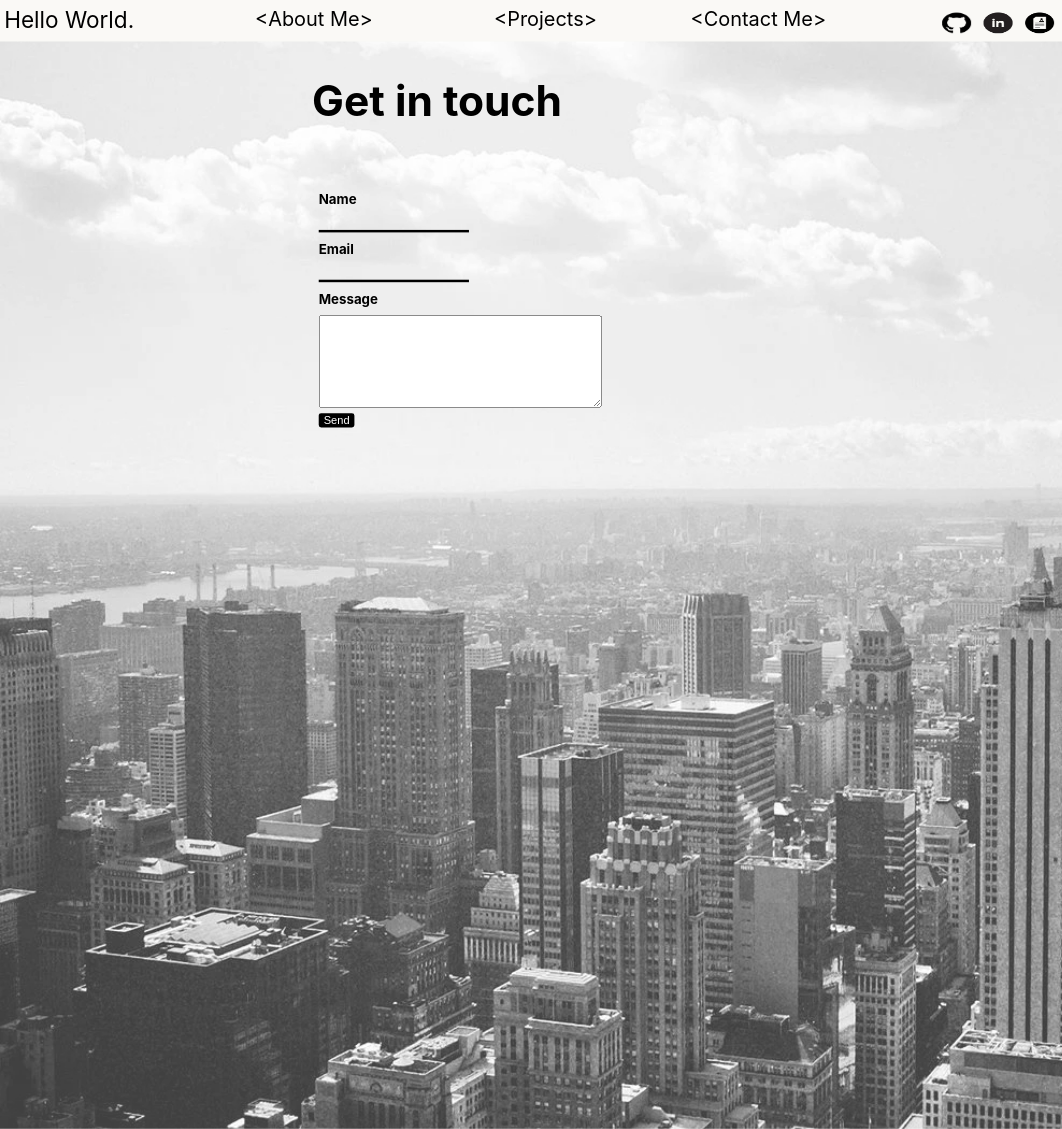
Repository: ghend99/website_ethan_pratt
Page: /contact
These files come from the project's save history. The page is drawn as it stood at one moment and after the next save; the edit follows.
The browser window is 1280 px wide. The pictures show the whole page, at 83% of full size.
The project was rebuilt for these pictures with package versions that can differ from the ones it lists, and the page was loaded fresh each time. Also part of the build but not shown: src/pages/home.js, src/css/about.css, src/pages/about.js, src/pages/project.js.

Above is the page before, as saved 2023-04-25 10:29:58.

### public/index.html
<!DOCTYPE html>
<html lang="en">
  <head>
    <meta charset="utf-8" />
    <link rel="icon" href="%PUBLIC_URL%/favicon.ico" />
    <meta name="viewport" content="width=device-width, initial-scale=1" />
    <meta name="theme-color" content="#000000" />
    <meta
      name="description"
      content="Web site created using create-react-app"
    />
    <link rel="apple-touch-icon" href="%PUBLIC_URL%/logo192.png" />
    <!--
      manifest.json provides metadata used when your web app is installed on a
      user's mobile device or desktop. See https://developers.google.com/web/fundamentals/web-app-manifest/
    -->
    <link rel="manifest" href="%PUBLIC_URL%/manifest.json" />
    <!--
      Notice the use of %PUBLIC_URL% in the tags above.
      It will be replaced with the URL of the `public` folder during the build.
      Only files inside the `public` folder can be referenced from the HTML.

      Unlike "/favicon.ico" or "favicon.ico", "%PUBLIC_URL%/favicon.ico" will
      work correctly both with client-side routing and a non-root public URL.
      Learn how to configure a non-root public URL by running `npm run build`.
    -->
    <title>Ethan Pratt | Junior Front-End Developer</title>
  </head>
  <body>
    <noscript>You need to enable JavaScript to run this app.</noscript>
    <div id="root"></div>
    <!--
      This HTML file is a template.
      If you open it directly in the browser, you will see an empty page.

      You can add webfonts, meta tags, or analytics to this file.
      The build step will place the bundled scripts into the <body> tag.

      To begin the development, run `npm start` or `yarn start`.
      To create a production bundle, use `npm run build` or `yarn build`.
    -->
  </body>
</html>

### src/App.js
import { BrowserRouter as Router, Routes, Route } from "react-router-dom";
import { Home } from "./pages/home";
import { About } from "./pages/about.js";
import { Project } from "./pages/project.js";
import { Contact } from "./pages/contact.js";

function App() {
  return (
    <div className="App">
      <Router>
        <Routes>
          <Route path="/" element={<Home />} />
          <Route path="/projects" element={<Project />} />
          <Route path="/about" element={<About />} />
          <Route path="/contact" element={<Contact />} />
        </Routes>
      </Router>
    </div>
  );
}

export default App;

### src/pages/contact.js
import React, { useRef } from "react";
import emailjs from "@emailjs/browser";
import { Header } from "../components/header.js";
import "../css/contact.css";

export const Contact = () => {
  const form = useRef();

  const sendEmail = (e) => {
    e.preventDefault();

    emailjs
      .sendForm(
        "service_baem50f",
        "template_3lrlcby",
        form.current,
        "PLR_fdQuEr_RCEmkO"
      )
      .then(
        (result) => {
          alert(`Message Sent`);
          console.log(result.text);
          e.target.reset();
        },
        (error) => {
          console.log(error.text);
        }
      );
  };
  return (
    <div>
      <div className="bg">
        <Header />
        <div id="contact-container">
          <h1 className="contact-header">Get in touch</h1>
          <div id="contact-form">
            <form ref={form} onSubmit={sendEmail}>
              <label className="form-name-header">Name</label>
              <input className="form-name-input" type="text" name="user_name" />
              <label className="form-email-header">Email</label>
              <input
                className="form-email-input"
                type="email"
                name="user_email"
              />
              <label className="form-message-header">Message</label>
              <textarea
                className="form-message-input"
                name="message"
                rows="7"
                cols="40"
              />
              <input className="form-submit" type="submit" value="Send" />
            </form>
          </div>
        </div>
      </div>
    </div>
  );
};

### src/components/header.js
import React, { useState } from "react";
import { Link } from "react-router-dom";
import "../css/header.css";
import github from "../images/github.png";
import linkedin from "../images/linkedin.png";
import resume from "../images/resume.png";
import menu from "../images/menu.png";

export const Header = () => {
  return (
    <div className="header-container">
      <Link className="header-title" to="/">
        Hello World.
      </Link>
      <Link id="header-nav" className="header-projects" to="/projects">
        &lt;Projects&gt;
      </Link>
      <Link id="header-nav" className="header-about" to="/about">
        &lt;About Me&gt;
      </Link>
      <Link id="header-nav" className="header-contact" to="/contact">
        &lt;Contact Me&gt;
      </Link>
      <a href="https://github.com/ghend99" target={"_blank"}>
        <img id="header-socials" className="header-github" src={github} />
      </a>
      <a href="https://www.linkedin.com/in/ethanapratt/" target={"_blank"}>
        <img id="header-socials" className="header-linkedin" src={linkedin} />
      </a>
      <a
        href="https://acrobat.adobe.com/link/review?uri=urn:aaid:scds:US:da99c37f-c24d-3e9b-a6fa-3d40d675b989"
        target={"_blank"}
      >
        <img id="header-socials" className="header-resume" src={resume} />
      </a>

      <div className="header-socials-list">
        <a href="https://github.com/ghend99" target={"_blank"}>
          <p className="header-socials-text">Github</p>
        </a>
        <a href="https://www.linkedin.com/in/ethanapratt/" target={"_blank"}>
          <p className="header-socials-text">LinkedIn</p>
        </a>
        <a
          href="https://acrobat.adobe.com/link/review?uri=urn:aaid:scds:US:da99c37f-c24d-3e9b-a6fa-3d40d675b989"
          target={"_blank"}
        >
          <p className="header-socials-text">Resume</p>
        </a>
      </div>
    </div>
  );
};

### src/css/home.css
@import url("https://fonts.googleapis.com/css2?family=Bitter&display=swap");

#center-container {
  position: relative;
  max-width: 25%;
  min-width: 500px;
  height: 20%;
  border-bottom: solid;
  /* background-color: aqua; */
  margin-left: auto;
  margin-right: auto;
  top: 10%;
  text-align: center;
  padding: 70px 0;
}

.home-name {
  top: 0;
  font-size: 50px;
  font-weight: bold;
}

.home-job-title {
  font-size: 32px;
  font-family: "Bitter";
}

.home-resume,
.home-github,
.home-linkedin {
  position: absolute;
  bottom: -50px;
  text-decoration: none;
  color: black;
  font-size: 20px;
  font-weight: bold;
  height: 50px;
  padding-bottom: 10px;
}

.home-resume:hover,
.home-github:hover,
.home-linkedin:hover {
  border-bottom: solid;
}

.home-github {
  left: 0;
}

.home-linkedin {
  left: 45%;
}

.home-resume {
  right: 0;
}

@media screen and (min-width: 0) and (max-width: 708px) {
  #center-container {
    min-width: 350px;
  }

  .home-linkedin {
    left: 140px;
  }
}

### src/css/header.css
@import url("https://fonts.googleapis.com/css2?family=Bitter&display=swap");

.header-socials-text {
  color: black;
  text-decoration: none;
  border-bottom: none;
}

.header-container {
  position: relative;
  display: flex;
  flex-direction: row;
  max-width: 100%;
  min-width: 530px;
  max-height: 200px;
  min-height: 50px;
  background-color: #faf9f6;
  /* padding-top: 20px; */
}

.header-title {
  position: absolute;
  left: 5px;
  margin: 0;
  margin-right: clamp(20px, 50px, 30px);
  font-size: clamp(1rem, 4vw, 1.7rem);
  top: 8px;
  text-decoration: none;
  color: black;
}

#header-nav {
  position: absolute;
  display: flex;
  font-size: clamp(1rem, 4vw, 1.5rem);
  margin: 0;
  margin-right: clamp(20px, 50px, 30px);
  top: 8px;
}

.header-projects {
  left: clamp(30%, 46.5%, 60%);
  text-decoration: none;
  color: black;
}

.header-about {
  margin: 0;
  margin-left: 50px;
  margin-right: 100px;
  left: clamp(5px, 24%, 55%);
  text-decoration: none;
  color: black;
}

.header-contact {
  left: clamp(20%, 65%, 70%);
  text-decoration: none;
  color: black;
}

#header-socials {
  max-width: 11%;
  min-width: 35px;
  max-height: 50%;
  min-height: 10px;
  top: 15px;
  cursor: pointer;
}

#header-nav:hover {
  border-bottom: solid;
}

.header-github {
  position: absolute;
  right: clamp(10px, 12%, 110px);
}

.header-linkedin {
  position: absolute;
  right: clamp(5px, 10%, 60px);
}

.header-resume {
  position: absolute;
  right: clamp(10px, 10%, 10px);
}

.bg {
  position: relative;
  max-width: 100%;
  min-width: 650px;
  height: 100%;
  min-height: 85rem;
  background-size: cover;
  background-repeat: no-repeat;
  background-position: center center;
}

.bg::before {
  content: "";
  background-image: url(../images/background-image.jpg);
  background-size: cover;
  position: absolute;
  top: 0px;
  right: 0px;
  bottom: 0px;
  left: 0px;
  opacity: 0.75;
}

.header-socials-list {
  position: absolute;
  right: 10px;
  top: 50px;
  font-size: 12px;
  font-weight: bold;
  font-family: "Bitter";
  color: black;
  opacity: 0;
  transition: all 0.2s;
}

@media screen and (min-width: 0) and (max-width: 1028px) {
  #header-socials {
    display: none;
  }

  .header-socials-list {
    opacity: 1;
  }
}

@media screen and (min-width: 0) and (max-width: 612px) {
  #header-nav {
    top: 13px;
    font-size: 22px;
  }

  .header-socials-menu {
    top: 15px;
    right: 10px;
    width: 20px;
    height: 20px;
  }
}

@media screen and (min-width: 0) and (max-width: 554px) {
  #header-nav {
    font-size: 20px;
  }

  .header-title {
    top: 15px;
    font-size: 16px;
  }
}

@media screen and (min-width: 0) and (max-width: 425px) {
  .header-container {
    min-width: 150px;
  }

  #header-nav {
    font-size: 14px;
    top: 16px;
  }

  .bg {
    min-width: 170px;
  }
}

@media screen and (min-width: 0) and (max-width: 320px) {
  .header-title {
    font-size: 14px;
    margin-right: 60px;
  }

  #header-nav {
    min-width: 100px;
    font-size: 12px;
  }

  .header-about {
    left: 85px;
  }

  .header-projects {
    left: 160px;
  }

  .header-contact {
    position: absolute;
    left: 220px;
  }
}

### src/css/project.css
@import url("https://fonts.googleapis.com/css2?family=Bitter&display=swap");

#projects-container {
  position: absolute;
  display: grid;
  grid-template-columns: 1fr 1fr 1fr 1fr;
  grid-template-rows: 3fr;
  max-width: 80%;
  min-width: 70%;
  max-height: 400vh;
  min-height: 150px;
  /* background-color: blue; */
  /* opacity: 0.7; */
  left: 10%;
  top: 10%;
}

#single-project {
  position: relative;
  max-width: 100%;
  max-height: 600px;
  min-height: 100%;
  border: solid;
  text-align: center;
  background-color: #faf9f6;
}

.project-name {
  font-family: "Bitter";
  font-size: clamp(18px, 24px, 30px);
}

#project-image {
  position: relative;
  max-width: 80%;
  max-height: 75%;
  min-height: 20%;
  top: -10px;
  margin-left: auto;
  margin-right: auto;
}

.image {
  width: 70%;
}

#project-stacks-used {
  margin: 0;
  top: 300px;
}

.project-footer {
  position: absolute;
  display: grid;
  grid-template-columns: 1fr 1fr 1fr;
  text-align: center;
  width: 100%;
  height: 6%;
  bottom: 10px;
}

.source-link,
.source-demo,
.project-info {
  position: absolute;
  text-decoration: none;
  color: black;
  font-size: clamp(0.8rem, 0.5vw, 0.8rem);
  font-weight: bold;
  height: 20px;
  cursor: pointer;
}

.source-link {
  left: 5px;
}

.source-demo {
  right: 5px;
}

#project-information {
  font-size: 14px;
}

.source-link:hover,
.source-demo:hover,
.project-info:hover {
  border-bottom: solid;
}

@media screen and (min-width: 0) and (max-width: 1028px) {
  /* #project-container {
    grid-template-columns: 1fr 1fr 1fr;
  } */

  /* #single-project {
    height: 50%;
  } */

  .project-footer {
    grid-template-rows: 0.5fr;
    bottom: 0;
  }

  .source-link,
  .source-demo,
  .project-info {
    font-size: 10px;
    font-weight: bold;
  }

  .source-link {
    margin: 0;
  }

  .source-demo {
    margin: 0;
    right: 7px;
  }

  .project-info {
    margin: 0;
    top: -4px;
  }
}

@media screen and (min-width: 0) and (max-width: 708px) {
  #projects-container {
    grid-template-columns: 1fr 1fr;
    grid-template-rows: 1fr 1fr;
  }

  .project-footer {
    bottom: 0;
  }

  .source-link,
  .source-demo,
  .project-info {
    font-size: 8px;
  }

  #single-project {
    min-height: 410px;
  }

  #project-information {
    font-size: 12px;
  }
}

### src/css/contact.css
#contact-container {
  position: relative;
  max-width: 40%;
  min-width: 30%;
  height: 360px;
  top: 40px;
  margin-left: auto;
  margin-right: auto;
}

.contact-header {
  position: absolute;
  top: 0;
  left: -8px;
  font-size: clamp(1rem, 4vw, 7rem);
  margin: 0;
}

#contact-form {
  position: relative;
  width: 100%;
  height: 300px;

  top: 140px;
}

.form-name-input,
.form-email-input {
  background-color: transparent;
  border: none;
  border-bottom: solid;
  outline: none;
}

.form-name-header {
  position: absolute;
  top: 0;
  left: 0;
  font-weight: bold;
}

.form-name-input {
  position: absolute;
  top: 30px;
  left: 0;
}

.form-email-header {
  position: absolute;
  top: 60px;
  left: 0;
  font-weight: bold;
}

.form-email-input {
  position: absolute;
  top: 90px;
  left: 0;
}

.form-message-header {
  position: absolute;
  top: 120px;
  left: 0;
  font-weight: bold;
}

.form-message-input {
  position: absolute;
  top: 150px;
  left: 0;
}

.form-submit {
  position: relative;
  top: 265px;
  background-color: black;
  color: white;
  cursor: pointer;
  opacity: 1;
  border: none;
  border-radius: 3px;
}

@media screen and (min-width: 0) and (max-width: 1225px) {
  .contact-header {
    top: 50px;
  }
}

@media screen and (min-width: 0) and (max-width: 1000px) {
  #contact-form {
    top: 50px;
  }
}

@media screen and (min-width: 0) and (max-width: 500px) {
  .contact-header {
    font-size: 30px;
  }

  #contact-form {
    top: 40px;
  }
}

@media screen and (min-width: 0) and (max-width: 425px) {
  #contact-container {
    position: absolute;
    left: 50px;
    top: 150px;
  }

  .contact-header {
    position: absolute;
    top: -10px;
    min-width: 200px;
  }
}

@media screen and (min-width: 0) and (max-width: 425px) {
  #contact-container {
    left: 20px;
  }

  .form-message-input {
    width: 250px;
  }
}

Loaded but not shown: src/index.js (common file); src/index.css (common file)

After the next save:
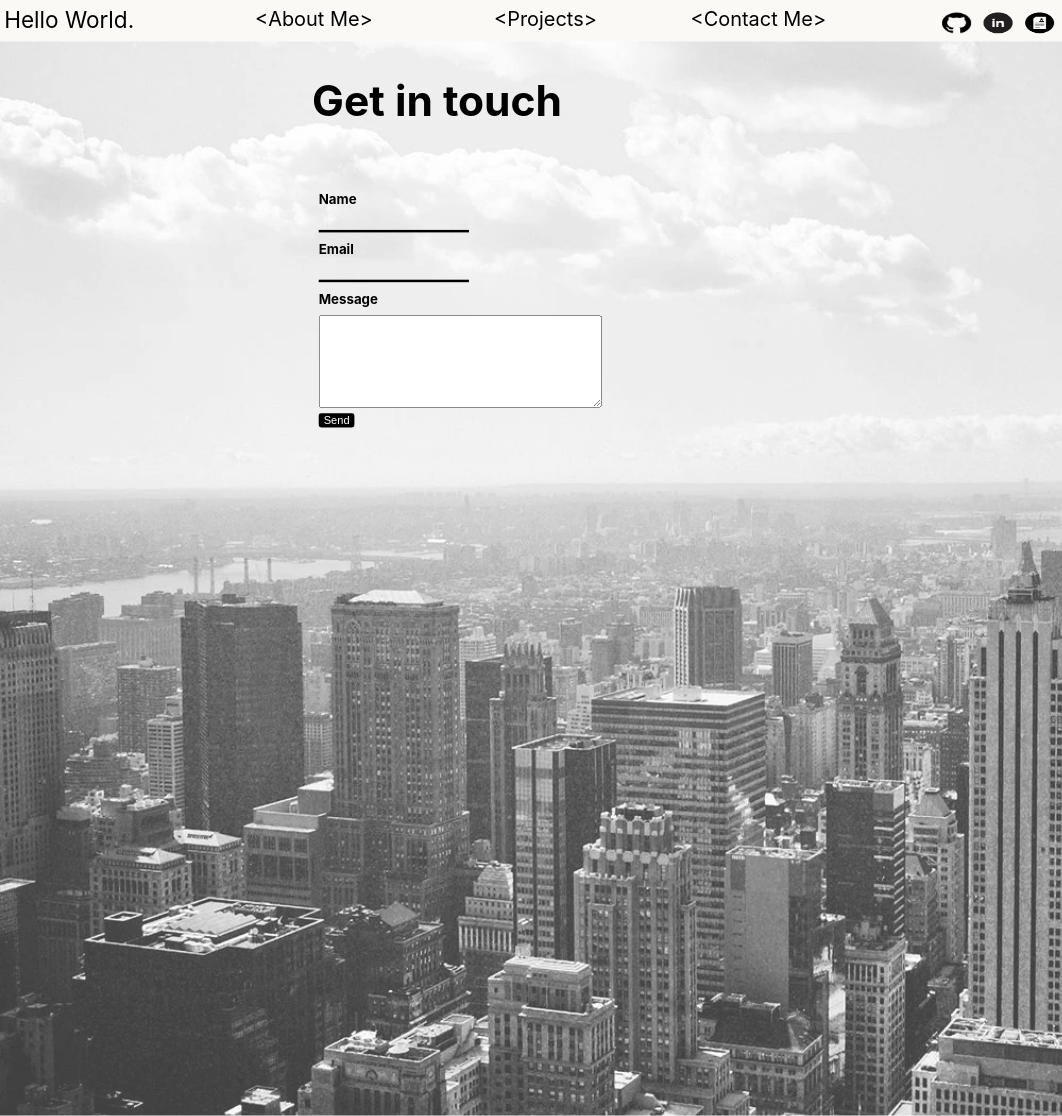
Saved 4 s later.
--- a/src/css/header.css
+++ b/src/css/header.css
@@ -92,7 +92,7 @@
   max-width: 100%;
   min-width: 650px;
   height: 100%;
-  min-height: 85rem;
+  min-height: 84rem;
   background-size: cover;
   background-repeat: no-repeat;
   background-position: center center;
